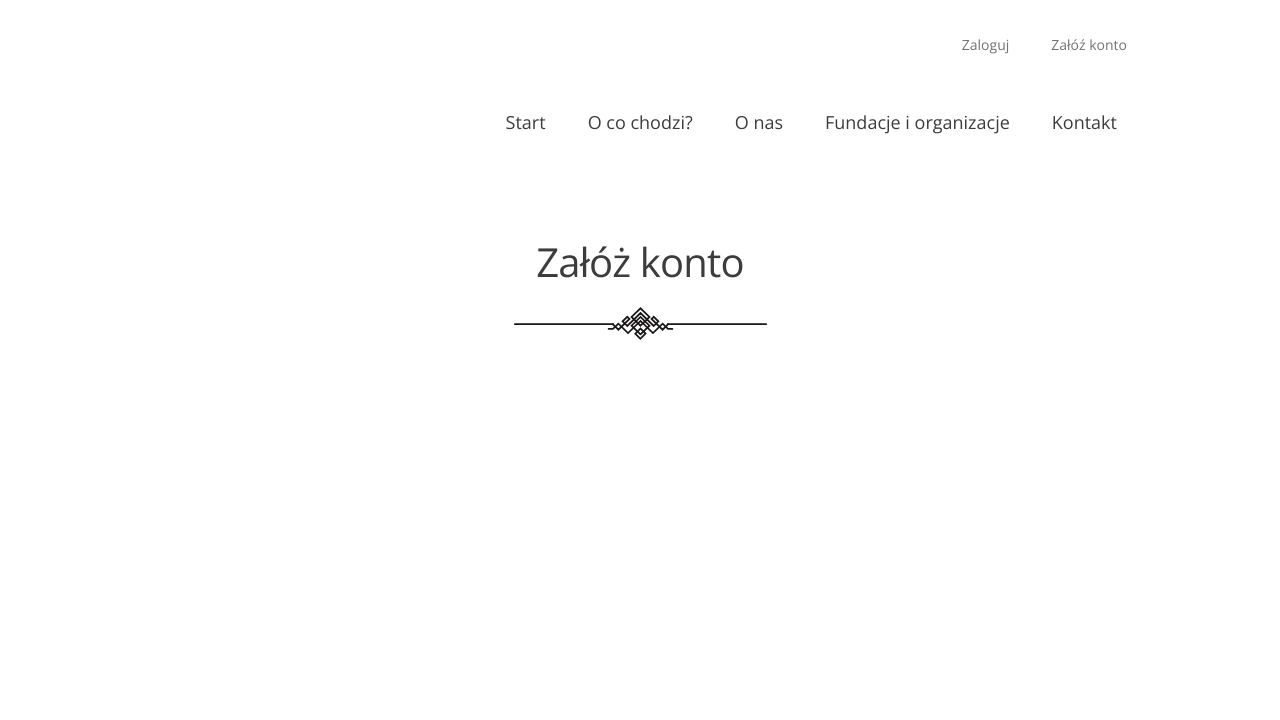
Repository: tomekwoojcik/oddam-w-dobre-rence
Page: /rejestracja
An editor plug-in stored every save of this project. The page is shown before and after the next save, followed by the edit.
The browser window is 1280 px wide. The pictures show the whole page.
The project was rebuilt for these pictures with package versions that can differ from the ones it lists, and the page was loaded fresh each time. Also part of the build but not shown: src/config/supabaseClient.js, src/components/context/databaseContext.js, src/components/atoms/aboutUsImg/aboutUsImg.js, src/components/atoms/aboutUsText/aboutUsText.js, src/components/organisms/aboutUsBar/aboutUsBar.js, src/components/atoms/textAreaInput/textAreaInput.js, src/components/molecules/contactForm/contactForm.js, src/components/molecules/contactUsForm/contactUsForm.js and 29 more.

Above is the page before, as saved 2022-12-14 08:36:22.

After the next save:
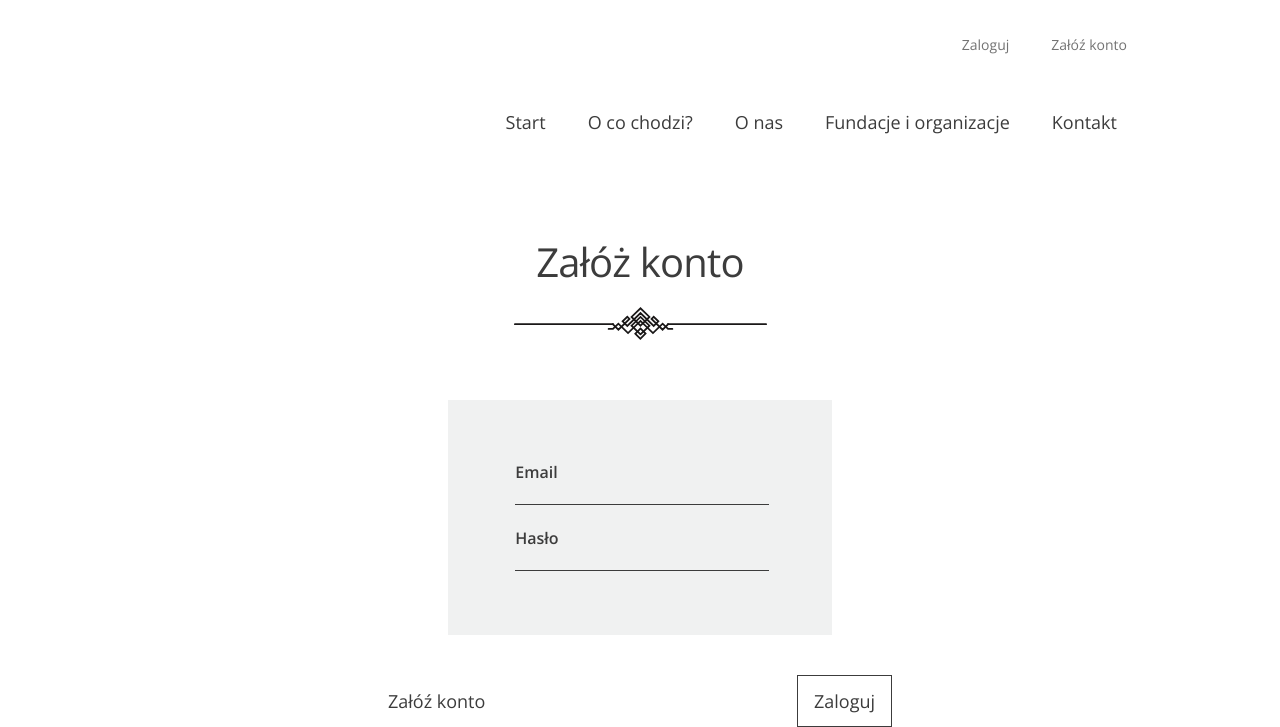
Saved 18 s later.
--- a/src/components/molecules/registForm/registForm.js
+++ b/src/components/molecules/registForm/registForm.js
@@ -1,12 +1,14 @@
 import React from 'react'
 import DecorationAssets from '../../atoms/decorationAssets/decorationAssets'
+import FormRegister from '../formRegister/formRegister'
 
 const RegistForm = () => {
   return (
-            <div className='loginForm'>
-          <h3 className='logInHeader'>Załóż konto</h3>
-                <DecorationAssets />
-            </div>
+        <div className='loginForm'>
+            <h3 className='logInHeader'>Załóż konto</h3>
+            <DecorationAssets />
+            <FormRegister />
+        </div>
   )
 }
 
